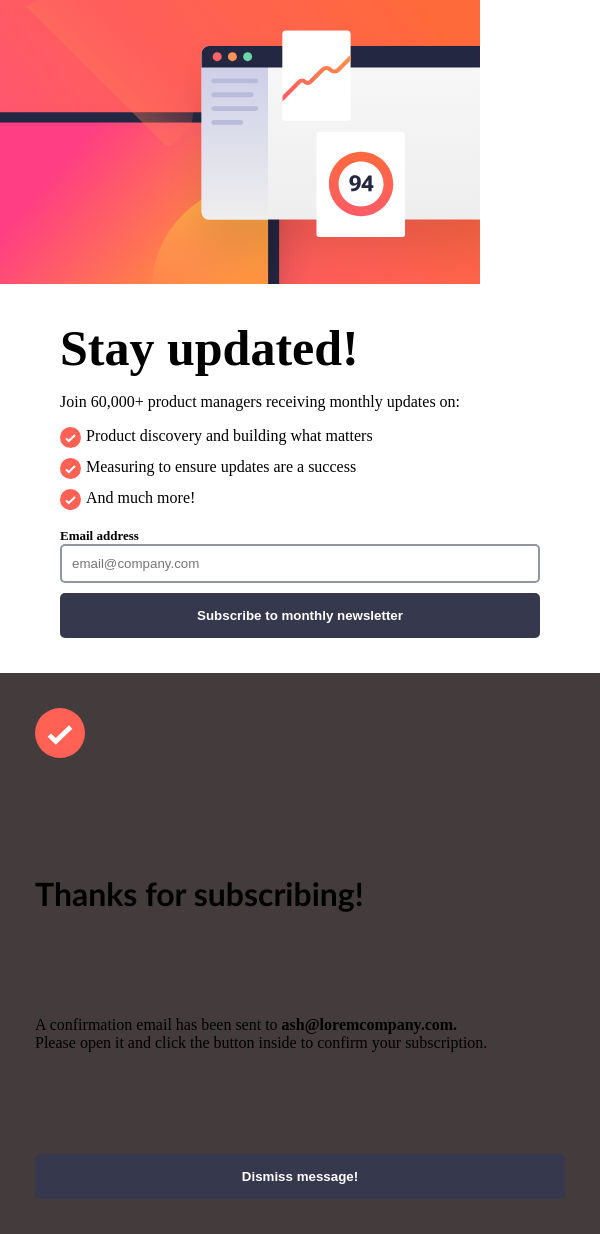
Repository: Celebration-cloud/Newsletter
Page: index.html
The author's editor kept a copy of each file at every save. The page is drawn from the files as they stood at one save, then again after the next save.
The browser window is 600 px wide. The pictures show the whole page.

Above is the page before, as saved 2023-07-19 23:52:57.

### index.html
<!DOCTYPE html>
<html lang="en">
<head>
  <meta charset="UTF-8">
  <meta name="viewport" content="width=device-width, initial-scale=1.0"> <!-- displays site properly based on user's device -->

  <link rel="icon" type="image/png" sizes="32x32" href="./assets/images/favicon-32x32.png">
  <link rel="stylesheet" href="index.css">

  <title>Frontend Mentor | Newsletter sign-up form with success message</title>

  <!-- Feel free to remove these styles or customise in your own stylesheet 👍 -->
  <style>
    .attribution { font-size: 11px; text-align: center; }
    .attribution a { color: hsl(228, 45%, 44%); }
  </style>
</head>
<body>

  <!-- Sign-up form start -->
  <div id="container">
    <div id="home-page">
      <h2 id="news">Stay updated!</h2>
      <p id="content">Join 60,000+ product managers receiving monthly updates on:</p>
      <ul id="features">
        <li>
          <img id="list-icon" src="./assets/images/icon-list.svg" alt="" srcset="">
          <p>Product discovery and building what matters</p>
        </li>
        <li>
          <img id="list-icon" src="./assets/images/icon-list.svg" alt="" srcset="">
          <p>Measuring to ensure updates are a success</p>
        </li>
        <li>
          <img id="list-icon" src="./assets/images/icon-list.svg" alt="" srcset="">
          <p>And much more!</p>
        </li>
      </ul>
      <form action="email">
        <label for="email">Email address</label><br>
        <input type="email" name="email" required placeholder="email@company.com" id="email"><br>
        <button id="subscribe-btn" type="submit">Subscribe to monthly newsletter</button>
      </form>
    </div>
    <div id="sign-up"></div>
  </div>
  <script type="module" src="index.js"></script>


  <!-- Sign-up form end -->

  <!-- Success message start -->
  <div id="success">
    <img id="signed-icon" src="./assets/images/icon-list.svg" alt="" srcset="">
    <h2>Thanks for subscribing!</h2>
    <p>A confirmation email has been sent to <b>ash@loremcompany.com.</b> <br>
    Please open it and click the button inside to confirm your subscription.</p>
    <button type="reset" id="dismiss">Dismiss message!</button>
  </div>

<!--
  <div class="attribution">
    Challenge by <a href="https://www.frontendmentor.io?ref=challenge" target="_blank">Frontend Mentor</a>.
    Coded by <a href="#">Your Name Here</a>.
  </div> -->
</body>
</html>

### index.css
html, body{
    padding: 0;
    margin: 20px;
    box-sizing: border-box;
    background-color: hsl(234, 29%, 20%);
    -webkit-user-select: none;
    user-select: none;
    display: flex;
    justify-content: center;

}

#container{
    background-color: white;
    display: flex;
    flex-wrap: wrap;
    justify-content: space-between;
    padding: 15px;
    column-gap: 10px;
    margin: 0;
    border-radius: 15px;
}

#sign-up{
    background-image: url(./assets/images/illustration-sign-up-desktop.svg);
    background-repeat: no-repeat;
    background-size: cover;
    width: 305px;
    height: 450px;
}

#home-page{
    width: 50%;
    margin: auto;
}

ul{
    list-style-type: none;
    padding: 0;
    display: flex;
    flex-direction: column;
    gap: 10px;
}

li{
    display: flex;
    margin: 0;
    padding: 0;
}

li p {
    margin: 0;
    padding-left: 5px;
    align-self: flex-start;
}

#list-icon{
    padding: 0;
    margin: 0;
    align-self: flex-start;
}

#news{
    font-size: 312.5%;
    padding: 0;
    margin: 0;
}



label{
    font-size: 13px;
    font-weight: bolder;
}

input{
    width: 100%;
    padding: 10px;
    box-sizing: border-box;
    border-radius: 5px;
    margin-bottom: 10px;
    border: 2px solid hsl(231, 7%, 60%);
}

button{
    width: 100%;
    padding: 15px;
    box-sizing: border-box;
    border-radius: 5px;
    border: none;
    color: white;
    font-weight: bolder;
    background-color: hsl(235, 18%, 26%);
}

#success{
    background-color: rgb(68, 60, 60);
}

@media (max-width: 741px) {
    html, body{
        padding: 0;
        margin: 0;
        display: inline;
    }
    #container{
        background-color: white;
        display: flex;
        flex-wrap: wrap;
        flex-direction: column-reverse;
        margin: 0;
        padding: 0;
        border-radius: none;
        border-radius: 0;
    }
    #home-page{
        margin: auto;
        width: 80%;
        padding: 35px;
    }
    #sign-up{
        background-image: url(./assets/images/illustration-sign-up-mobile.svg);
        background-repeat: no-repeat;
        background-size: cover;
        width: 80%;
        height: 284px;
    }
    #success{
        margin: auto;
        width: 100%;
        padding: 35px;
        height: 561px;
        box-sizing: border-box;
        display: flex;
        flex-direction: column;
        justify-content: space-between;
    }
    #success img{
        width: 50px;
        margin-bottom: 30px;
    }
    #success h2{
        font-weight: bolder;
        margin: 0;
        font-size: xx-large;
        font-family: 'Gill Sans', 'Gill Sans MT', Calibri, 'Trebuchet MS', sans-serif;
    }
    #success p{
        font-weight: light;
    }


}

### index.js
// import { initializeApp } from "https://www.gstatic.com/firebasejs/9.15.0/firebase-app.js"
// import { getDatabase, ref, push, onValue } from "https://www.gstatic.com/firebasejs/9.15.0/firebase-database.js"

// let appSettings = {
//     "databaseUrl": " https://playground-51efb-default-rtdb.europe-west1.firebasedatabase.app/ "
// }

// const app = initializeApp(appSettings)
// const database = getDatabase(app)
// const newsLetterDb = ref(database, "newsLetterDb")

const emailEL = document.getElementById("email")
const inputEL = document.getElementById("subscribe-btn")
const container = document.getElementById("container")
const dismiss = document.getElementById("dismiss")

function successful() {
    let successful = `
        <div id="success">
            <img id="signed-icon" src="./assets/images/icon-list.svg" alt="" srcset="">
            <h2>Thanks for subscribing!</h2>
            <p>A confirmation email has been sent to ash@loremcompany.com. <br>
            Please open it and click the button inside to confirm your subscription.</p>
            <button type="reset" id="dismiss">Dismiss message!</button>
        </div>
    `
    container.innerHTML = successful
    // dismiss()
}

inputEL.addEventListener("click", function() {
    // let inputValue = emailEL.value
    // inputEL = inputValue
    // push( newsLetterDb, inputEL)
    successful()
})

// function dismiss() {
//      let content = `

//      `

// }
// dismiss.addEventListener("click", function() {
//     dismiss()
// })

After the next save:
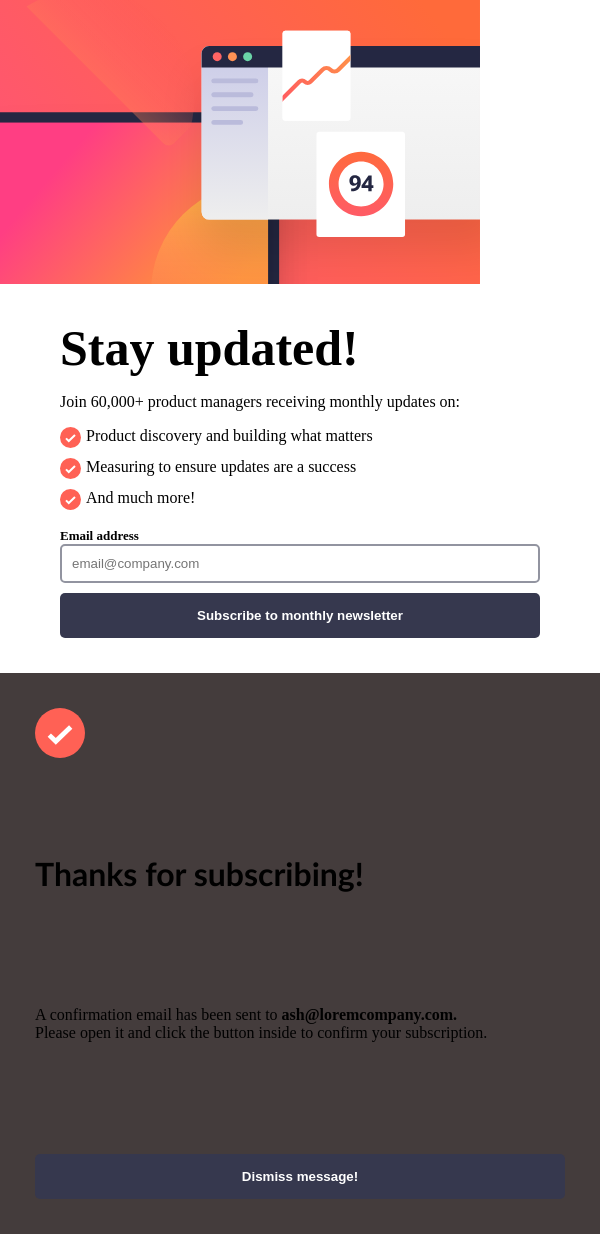
Saved 24 s later.
--- a/index.css
+++ b/index.css
@@ -137,7 +137,7 @@ button{
     }
     #success img{
         width: 50px;
-        margin-bottom: 30px;
+
     }
     #success h2{
         font-weight: bolder;
